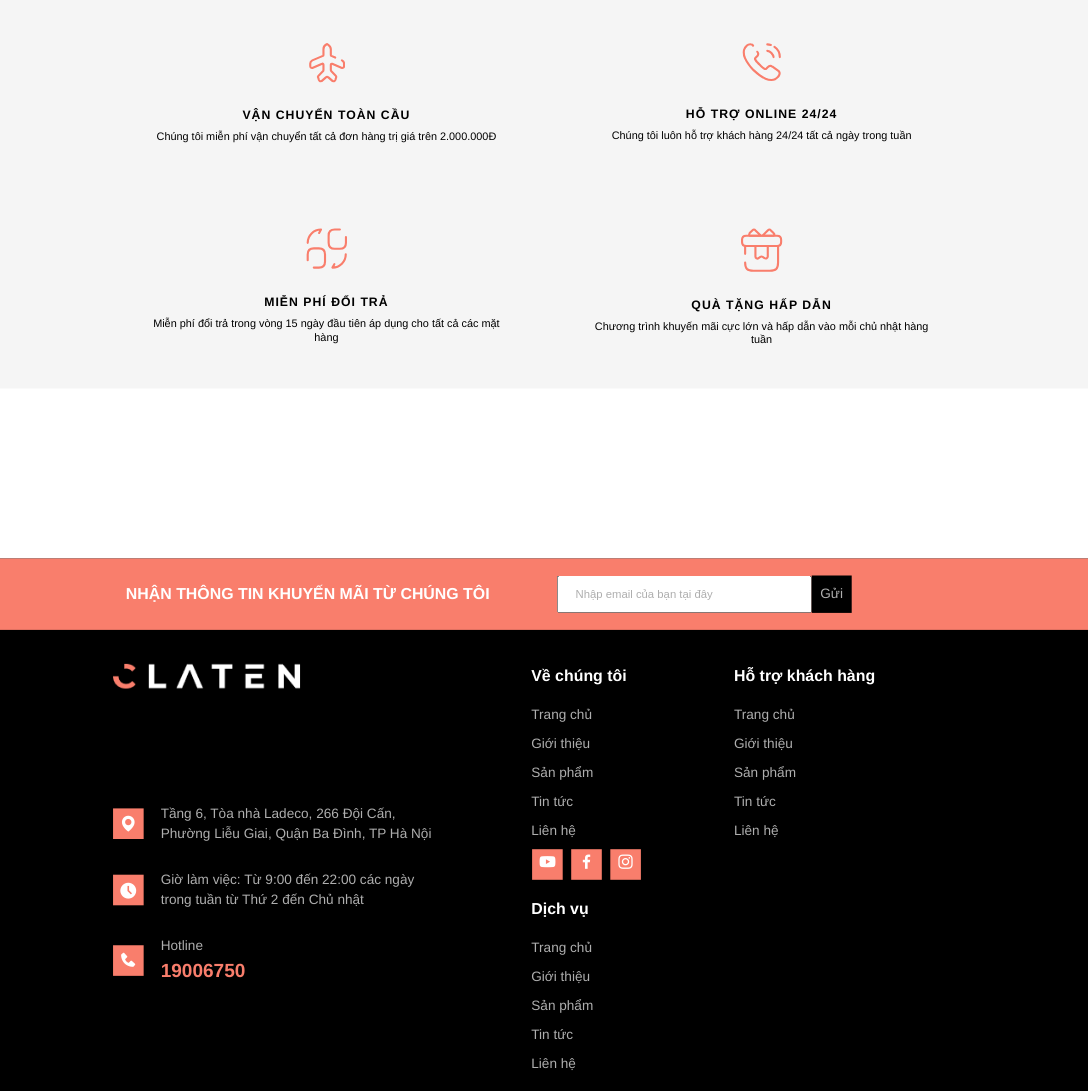
Repository: RennoPMXK/doan
Page: index.html
An editor plug-in stored every save of this project. The page is shown before and after the next save, followed by the edit.
The browser window is 1280 px wide. The pictures show the part of the page from y = 573 to 1856 px (the page is 1856 px tall before and 1736 px after), at 85% of full size.

Above is the page before, as saved 2021-11-16 20:11:56.

### index.html
<!DOCTYPE html>
<html lang="en">
<head>
    <meta charset="UTF-8">
    <meta http-equiv="X-UA-Compatible" content="IE=edge">
    <meta name="viewport" content="width=device-width, initial-scale=1.0">
    <title>Document</title>
    <link rel="stylesheet" href="./grid.css">
    <link rel="stylesheet" href="./style.css">
    <link rel="stylesheet" href="./responsible.css">
    <link href='https://unpkg.com/boxicons@2.0.9/css/boxicons.min.css' rel='stylesheet'>
</head>
<body>
    <div class="navbar">
        <div class="navbar-wrapper">
            <a class="logo">
                <img src="./img/logo.png" alt="">
            </a>

            <div class="navbar-menu mobile-menu">
                <i class='bx bx-x mobile-close-icon'></i>
                <li class="navbar-menu-item"><a class = 'active' href="#">Trang chủ</a></li>
                <li class="navbar-menu-item"><a href="#">Giới thiệu</a></li>
                <li class="navbar-menu-item"><a href="#">Sản phẩm <i class='bx bxs-down-arrow navbar-menu-icon'></i></a>
                    <ul class="navbar-sub-menu">
                        <li class="navbar-sub-menu-item"><a href="">Đồng hồ nam</a></li>
                        <li class="navbar-sub-menu-item"><a href="">Đồng hồ nữ</a></li>
                        <li class="navbar-sub-menu-item"><a href="">Đồng hồ mới về</a></li>
                        <li class="navbar-sub-menu-item"><a href="">Phụ kiện nam</a></li>
                        <li class="navbar-sub-menu-item"><a href="">Phụ kiện nữ</a></li>
                    </ul>
                </li>
                <li class="navbar-menu-item"><a href="#">Tin tức</a></li>
                <li class="navbar-menu-item"><a href="#">Liên hệ</a></li>
            </div>

            <div class="navbar-icon">
                 <li class="navbar-icon-item"><a href=""><i class='bx bx-search-alt'></i></a></li>
                 <li class="navbar-icon-item"><a href=""><i class='bx bx-user'></i></a></li>
                 <li class="navbar-icon-item"><a href="#"><i class='bx bx-shopping-bag bx-tada ' ></i></a></li>
                 <li class="navbar-icon-item"><a href="#"><i class='bx bx-menu-alt-right menu-icon'></i></a></li>

            </div>
        </div>
        <div class="modal"></div>
    </div>

    <section class="hero-section">

             <div class="bgimg slide-item fade" style="background-image: url(./img/1a\(32\).jpg)">
                 <div class="caption">
                     <h2 class="top-down delay-2">
                        ĐỒNG HỒ ROLEX

                     </h2>

                     <p class="top-down delay-4">
                       Lorem ipsum dolor sit amet consectetur adipisicing elit. Aut eligendi voluptates enim tempora cupiditate ex minus aperiam impedit maxime nam. Sunt neque amet veniam vitae adipisci impedit aliquam officia hic.
                     </p>

                     <button class="top-down delay-6">
                         MUA NGAY
                     </button>
                 </div>

             </div>


             <div class="bgimg slide-item fade" style="background-image: url(./img/dong-ho-thoi-trang-rolex-banner.jpg)">
                <div class="caption">
                    <h2>
                        ĐỒNG HỒ ROLEX
                    </h2>

                    <p>
                        Lorem ipsum dolor sit amet consectetur adipisicing elit. Aut eligendi voluptates enim tempora cupiditate ex minus aperiam impedit maxime nam. Sunt neque amet veniam vitae adipisci impedit aliquam officia hic.
                    </p>

                    <button>
                        MUA NGAY
                    </button>
                </div>

             </div>


             <div class="bgimg slide-item fade" style="background-image: url(./img/Banchay_Longines_banner-1024x427.jpg)">
                <div class="caption">
                    <h2>
                        ĐỒNG HỒ ROLEX
                    </h2>

                    <p>
                        Lorem ipsum dolor sit amet consectetur adipisicing elit. Aut eligendi voluptates enim tempora cupiditate ex minus aperiam impedit maxime nam. Sunt neque amet veniam vitae adipisci impedit aliquam officia hic.
                    </p>

                    <button>
                        MUA NGAY
                    </button>
                </div>

             </div>


             <div class="slide-control">
                <div class="slide-control-wrapper">
                    <span class="dot" onclick="chooseSlide(0)"></span>
                    <span class="dot"  onclick="chooseSlide(1)"></span>
                    <span class="dot" onclick="chooseSlide(2)" ></span>

                </div>
             </div>

    </section>

    <section class="hero-section-mini ">
        <div class="container row">
            <div class="hero-section-mini-item col-3 col-md-6 col-sm-6">
                <img src="./img/icon_service_1.svg" alt="">
                 <h3>VẬN CHUYỂN TOÀN CẦU</h3>
                 <p>Chúng tôi miễn phí vận chuyển tất cả đơn hàng trị giá trên 2.000.000Đ</p>
            </div>

            <div class="hero-section-mini-item col-3 col-md-6 col-sm-6">
               <img src="./img/icon_service_2.svg" alt="">
                <h3>HỖ TRỢ ONLINE 24/24</h3>
                <p>Chúng tôi luôn hỗ trợ khách hàng 24/24 tất cả ngày trong tuần</p>
           </div>

           <div class="hero-section-mini-item col-3 col-md-6 col-sm-6">
               <img src="./img/icon_service_3.svg" alt="">
                <h3>MIỄN PHÍ ĐỔI TRẢ</h3>
                <p>Miễn phí đổi trả trong vòng 15 ngày đầu tiên áp dụng cho tất cả các mặt hàng</p>
           </div>

           <div class="hero-section-mini-item col-3 col-md-6 col-sm-6">
               <img src="./img/icon_service_4.svg" alt="">
                <h3>QUÀ TẶNG HẤP DẪN</h3>
                <p>Chương trình khuyến mãi cực lớn và hấp dẫn vào mỗi chủ nhật hàng tuần</p>
           </div>

        </div>
    </section>

    <div class="footer">
        <div class="footer-contact">
            <div class="container">
                <div class= "footer-contact-content row">
                    <h3 class="col-6 col-md-6 col-sm-12">NHẬN THÔNG TIN KHUYẾN MÃI TỪ CHÚNG TÔI</h3>
                    <div class="form col-6 col-md-6 col-sm-12">
                        <input type="text" placeholder="Nhập email của bạn tại đây"><a href="">Gửi</a></input>

                    </div>

                </div>

            </div>

         </div>
        <div class="container">

            <div class="wrapper row ">
                <div class="footer-logo row col-5 col-md-6 col-sm-12">
                    <a class="footer-img">
                        <img src="./img/logo.png" alt="">
                    </a>

                    <ul class="footer-des">
                           <li class="footes-des-item">
                               <div class="footer-des-icon">
                                    <i class='bx bxs-map'></i>
                               </div>
                               <p>Tầng 6, Tòa nhà Ladeco, 266 Đội Cấn,<br> Phường Liễu Giai, Quận Ba Đình, TP Hà Nội</p>
                           </li>
                           <li class="footes-des-item">
                                <div class="footer-des-icon">
                                    <i class='bx bxs-time-five' ></i>
                                </div>
                               <p>Giờ làm việc: Từ 9:00 đến 22:00 các ngày <br>trong tuần từ Thứ 2 đến Chủ nhật</p>
                           </li>
                           <li class="footes-des-item">
                            <div class="footer-des-icon">
                                <i class='bx bxs-phone' ></i>
                             </div>
                               <p>Hotline<br>
                                   <span>19006750</span>
                               </p>
                           </li>
                    </ul>
                </div>

                <div class="footer-menu row col-7 col-md-6 col-sm-12">
                     <div class="footer-menu-item col-4 col-md-6 col-sm-12">
                         <h3>Về chúng tôi</h3>
                         <ul>
                            <li><a href="">Trang chủ</a></li>
                            <li><a href="">Giới thiệu</a></li>
                            <li><a href="">Sản phẩm</a></li>
                            <li><a href="">Tin tức</a></li>
                            <li><a href="">Liên hệ</a></li>
                         </ul>

                         <div class="footer-social">
                            <li><a href=""><i class='bx bxl-youtube' ></i></a></li>
                            <li><a href=""><i class='bx bxl-facebook' ></i></a></li>
                            <li><a href=""><i class='bx bxl-instagram' ></i></a></li>
                       </div>
                     </div>

                     <div class="footer-menu-item col-4 col-md-6 col-sm-12">
                        <h3>Hỗ trợ khách hàng</h3>
                        <ul>
                           <li><a href="">Trang chủ</a></li>
                           <li><a href="">Giới thiệu</a></li>
                           <li><a href="">Sản phẩm</a></li>
                           <li><a href="">Tin tức</a></li>
                           <li><a href="">Liên hệ</a></li>
                        </ul>
                    </div>

                    <div class="footer-menu-item col-4 col-md-6 col-sm-12">
                        <h3>Dịch vụ</h3>
                        <ul>
                           <li><a href="">Trang chủ</a></li>
                           <li><a href="">Giới thiệu</a></li>
                           <li><a href="">Sản phẩm</a></li>
                           <li><a href="">Tin tức</a></li>
                           <li><a href="">Liên hệ</a></li>
                        </ul>
                    </div>



                </div>


            </div>
        </div>
    </div>


    <script src="./app.js"></script>
</body>
</html>

### grid.css
.row {
    display: flex;
    flex-wrap: wrap;
    margin: 0 -15px;
}

[class*="col-"] {
    padding: 0 15px;
}

.col-1 {
    width: 8.33%;
}

.col-2 {
    width: 16.66%;
}

.col-3 {
    width: 25%;
}

.col-4 {
    width: 33.33%;
}

.col-5 {
    width: 41.66%;
}

.col-6 {
    width: 50%;
}

.col-7 {
    width: 58.33%;
}

.col-8 {
    width: 66.66%;
}

.col-9 {
    width: 75%;
}

.col-10 {
    width: 83.33%;
}

.col-11 {
    width: 91.66%;
}

.col-12 {
    width: 100%;
}

/* MEDIUM SCREEN */

@media only screen and (max-width: 1280px) {
    .col-md-1 {
        width: 8.33%;
    }

    .col-md-2 {
        width: 16.66%;
    }

    .col-md-3 {
        width: 25%;
    }

    .col-md-4 {
        width: 33.33%;
    }

    .col-md-5 {
        width: 41.66%;
    }

    .col-md-6 {
        width: 50%;
    }

    .col-md-7 {
        width: 58.33%;
    }

    .col-md-8 {
        width: 66.66%;
    }

    .col-md-9 {
        width: 75%;
    }

    .col-md-10 {
        width: 83.33%;
    }

    .col-md-11 {
        width: 91.66%;
    }

    .col-md-12 {
        width: 100%;
    }
}

/* SMALL SCREEN */

@media only screen and (max-width: 850px) {
    .col-sm-1 {
        width: 8.33%;
    }

    .col-sm-2 {
        width: 16.66%;
    }

    .col-sm-3 {
        width: 25%;
    }

    .col-sm-4 {
        width: 33.33%;
    }

    .col-sm-5 {
        width: 41.66%;
    }

    .col-sm-6 {
        width: 50%;
    }

    .col-sm-7 {
        width: 58.33%;
    }

    .col-sm-8 {
        width: 66.66%;
    }

    .col-sm-9 {
        width: 75%;
    }

    .col-sm-10 {
        width: 83.33%;
    }

    .col-sm-11 {
        width: 91.66%;
    }

    .col-sm-12 {
        width: 100%;
    }
}

### style.css
:root {
    --orangeprime : #F97E6C;
    --blackrgba : rgba(0, 0, 0, 0.945);
    --footer-color : #AEAEAE;
    --mini-hero-color : #f5f5f5;
}

html {
box-sizing: border-box;
}
*{
margin: 0;
padding: 0;
}
*,*:before,*:after {
box-sizing: border-box;
}
input,
textarea,
select,
button{
outline: none;
}
input{
line-height: normal;
}
label,
button{
cursor: pointer;
}
a {
text-decoration: none;

}
img {
display: block;

}

ul{
    list-style-type: none;
}

body {
    font-family: Montserrat,"Helvetica Neue",Helvetica;
}

span {
    color: var(--orangeprime);
    cursor: pointer;
    transition : all 0.3s linear;
    font-size: 1.4rem;
    font-weight: bold;
}

span:hover {
    color : white
}

li {
    list-style-type: none;
}

.container {
    margin : 0 auto;
    padding: 0 10%;
}
/* navbar */

.navbar {
    background-color: black;
    position: relative;

}

.navbar-wrapper {
   padding : 20px 0px;
   display: flex;
   align-items: center;
   justify-content: space-evenly;
}

.navbar-menu {
    display: flex;
    list-style-type: none;
}

.navbar-menu-icon {
    font-size: 0.5rem;
    transform: translateY(-2.5px);
    transition : 0.2s linear;
}

.navbar-menu-icon{
    transition: 0.2s ease-in-out;
}

.navbar-menu-icon.active {
    transform: rotate(-180deg);
}

.navbar-menu-item {
    position: relative;
}

.navbar-menu-item a.active {
    color: var(--orangeprime);
}

.navbar-menu-item ~ .navbar-menu-item {
    margin-left: 30px;
}

.navbar-menu-item a {
    color: white;
    font-size: 1rem;
    transition: 0.2s ease-in-out;
    letter-spacing: 1px;
}


.navbar-menu-item a:hover {
    color : var(--orangeprime);
}

.navbar-menu-item:nth-child(3) {
    position: relative;
}



.navbar-sub-menu{
    width: 150px;
    position: absolute;
    list-style-type: none;
    padding : 20px;
    background-color: var(--blackrgba);
    top: 30px;
    z-index: 100;
    display : none;
    transition: all 0.2s ease-in-out;
}


.navbar-menu-item:active .navbar-sub-menu {
    display : block;
    top: 30px;
}




.navbar-sub-menu-item {
   margin : 10px 0;
}

.navbar-sub-menu.active {
    display : block;
}

.navbar-sub-menu-item a {
    font-size: 0.8rem;
    letter-spacing: 1.2px;
}

.navbar-icon {
    display: flex;
    list-style-type: none;
}

.navbar-icon-item ~ .navbar-icon-item {
    margin-left: 25px;
}

.navbar-icon-item a {
    color : white;
    font-size: 1.5rem;
    transition: 0.2s ease-in-out;
}

.navbar-icon-item a:hover {
    color : var(--orangeprime);
}

.navbar-icon-item:last-child {
    display: none;
}

.mobile-close-icon {
    display: none;
}

/* section-hero */

.hero-section {
    position: relative;
    height: 70vh;
}


.bgimg {
    height: 100%;
    position: relative;
    background-position: center;
    background-repeat: no-repeat;
    background-size: cover;
    display: flex;
}

.bgimg::after {
    content : '\A';
    position : absolute;
    width: 100%;
    height : 100%;
    top: 0;
    left : 0;
    background-color: rgba(0, 0, 0, 0.8);
}

.caption {
    position: absolute;
    top: 48%;
    left: 25%;
    transform: translate(-50% , -50%) ;
    text-align: left;
    z-index: 10;
    width: 34.7%;
}

.caption h2 {
    line-height: 1.5;
    color: white;
    margin-bottom: 20px;
    text-transform: uppercase;
    font-size: 2.1rem;
    letter-spacing: 1.2px;
}

.caption p {
    text-align: left;
    color : white;
    font-size: 1.2rem;
    letter-spacing: 1.2px;
    line-height: 1.5;
}

.caption button {
    background-color: white;
    border: 1px solid  transparent;
    color : red;
    padding : 10px 40px;
    font-size: 16px;
    font-weight: bold;
    text-transform: uppercase;
    margin-top: 30px;
    transition : background-color 0.5s ease , color 0.5s ease , width 0.6s;
}

.caption button:hover {
    color : white;
    cursor: pointer;
    background-color:  red;
}

.caption button:focus {
    outline : none;
}

.dot {
    cursor: pointer;
    height: 10px;
    width: 10px;
    margin: 0 2px;
    background-color: white;
    border-radius: 5px;
    display: inline-block;
}

.dot:hover {
    background-color: red;
}

.dot.active {
    background-color: red;
    width: 30px;
}

.slide-control {
    position: absolute;
    left: 50%;
    transform : translateX(-50%);
    bottom: 20px;
    width: 10px;
    text-align: center;
}

.slide-control-wrapper{
    display: inline-flex;
}

.slide-item {
    display: none;
}


.top-down {
    transform: translateY(-50px);
    visibility: hidden;
    opacity: 0;
    transition: 0.5s ease-in-out ;
}

.delay-2 {
    transition-delay: 0.2s;
}

.delay-4 {
    transition-delay: 0.4s;
}


.delay-6 {
    transition-delay: 0.6s;
}


.delay-8 {
    transition-delay: 0.8s;
}

.slide-item.active .top-down{
    transform: translateY(0);
    visibility: visible;
    opacity: 1;
}

/* mini hero section */

.hero-section-mini{
   background-color: var(--mini-hero-color);
}

.hero-section-mini-item {
    display: flex;
    padding: 50px;
    gap: 10px;
    flex-direction:column;
    align-items: center;
    text-align: center;
}

.hero-section-mini-item img {
    margin-bottom: 20px;
    transition: 0.3s linear;
}

.hero-section-mini-item:hover img {
    transform: translateY(-10px);
}

.hero-section-mini-item h3 {
   font-size: 0.9rem;
   letter-spacing: 1.2px;
}

.hero-section-mini-item p {
   font-size: 0.8rem;
   line-height: 1.2;
}
/* footer */
.footer {
    color: var(--footer-color);
    margin-top: 200px;
    background-color: black;
    line-height: 1.5;
}

.footer-contact {
    background-color: var(--orangeprime);


}

.footer-contact h3 {
  color :white;
}

.footer-contact-content {
    padding : 20px;
    display: flex;
    justify-content: space-around;
    align-items: center;
    flex-wrap: wrap;
}

.form input {
    padding: 10px 20px;
    width: 300px;
}

.form a {
    padding: 10px;
    background-color: black;
    color : white;
}

.form {
    display: flex;
    flex-wrap: nowrap;
}

::placeholder {
    color: var(--footer-color);
}

.footer a {
    color: var(--footer-color);
    transition : 0.3s linear;
}

.footer a:hover {
    color: var(--orangeprime);
}

.footer-menu h3 {
    margin-top: 20px;
    color : white;
    margin-bottom: 20px;
}

.wrapper {
    padding: 20px;
    position: relative;
}


.footes-des-item {
    margin-top: 30px;
    display : flex;
    align-items: center;
}

.footer-des-icon {
    display : flex;
    align-items: center;
    justify-content:center;
    width: 36px;
    height : 36px;
    background-color: var(--orangeprime);
    margin-right: 20px;
}

.footer-des-icon i {
    font-size: 1.4rem;
    color : white;

}


.footer-menu-item li {
    margin-top: 10px;
}

.footer-social {
    display : flex;
    transform: translateX(-9px);
}

.footer-img{
    margin-top: 20px;
}

.footer-social li  {
    display : flex;
    align-items: center;
    justify-content:center;
    text-align: center;
    margin-left: 10px;
    width: 36px;
    height : 36px;
    background-color: var(--orangeprime);
}

.footer-social li a {
   color : white;
   font-size: 1.4rem;
}

.footer-social li:hover a {
    color : white;
 }

 /* fade animation */

 .fade {
     animation-name: fade;
     animation-duration: 1s;
     -webkit-animation-name: fade;
     -webkit-animation-duration: 1s;
 }

 @keyframes fade {
     from { opacity: 0.4
    } to {
        opacity: 1
    }
 }

 @-webkit-keyframes fade {
    from { opacity: 0.4
   } to {
       opacity: 1
   }
}

### responsible.css


/* Tablet */

@media only screen and (max-width: 1024px){
   .navbar-menu {
       display: none;

   }

   .navbar-wrapper {
        justify-content: space-around;
   }


   .navbar-icon-item:last-child {
        display: block;
   }


   .navbar-menu {
    padding : 20px;
    width: 40vw;
    background-color: black;
    display: block;
    position: fixed;
    top: 60px;
    left: 0;
    height: 100vh;
    min-width: 300px;
}

    .navbar-menu-item {
        margin-left: 30px;
        padding: 20px;
    }

    .navbar-sub-menu{
        position: initial;
    }


    .mobile-menu {
        transform : translateX(-100%);
        transition: 0.4s ease-in-out;
        z-index: 100;
    }

    .mobile-menu.active {
        transform : translateX(0);
    }

    .modal {
        display: none;
        position: fixed;
        top: 0;
        bottom: 0;
        right: 0;
        left: 0;
        background-color: rgba(14, 13, 13, 0.6);
    }

    .modal.active {
        display : block
    }

    .mobile-close-icon {
        cursor: pointer;
        font-size: 1.5rem;
        display: block;
        color: white;
        position: absolute;
        top: 5px;
        right:10px;
    }


}


/* Mobile */

@media only screen and (max-width: 740px) {
  .logo img{
      height: 15px;
      transform: translateY(-9px);
  }

  .navbar-icon-item a {
    color : white;
    font-size: 1.2rem;
    transition: 0.2s ease-in-out;
  }

  .navbar-icon-item a:hover {
    color : white;
  }

  .caption {
      width: 40%;
      text-align: left;
  }

  .caption h2 {
      font-size: 1.8rem;
  }

  .caption p {
      font-size: 0.9rem;
  }

  .caption button {
      font-size: 0.8rem;
      width: 100%;

  }

}

### app.js
// Menu effect

var navbarItem= document.querySelectorAll('.navbar-menu-item a')
var subMenu= document.querySelector('.navbar-sub-menu')
var iconmenu = document.querySelector('.navbar-menu-item i')
var menuMobie = document.querySelector('.menu-icon')
var overlayMenu = document.querySelector('.mobile-menu')
var modal = document.querySelector('.modal')
var closeMobile = document.querySelector('.mobile-close-icon')
console.log(navbarItem[2])
navbarItem[2].addEventListener('click', function(){
  subMenu.classList.toggle('active');
  iconmenu.classList.toggle('active');
})

menuMobie.addEventListener("click" , function(){
   overlayMenu.classList.add('active');
   modal.classList.add('active');
})

closeMobile.addEventListener('click', function(){
    overlayMenu.classList.remove('active');
    modal.classList.remove('active');
})

navbarItem.forEach(function(item , index){
  item.onclick = function(){
    document.querySelector('.navbar-menu-item a.active').classList.remove('active');
    this.classList.add('active')
  }
})

const $ = document.querySelector.bind(document)
const $$ = document.querySelectorAll.bind(document)

var tabs = $$('.tab-item');


var panes = $$('.tab-pane');


// tab-active
tabs.forEach(function(tab, index){
    tab.onclick = function(){
        document.querySelector('.tab-item.active').classList.remove('active')
        this.classList.add('active')
        document.querySelector('.tab-pane.active').classList.remove('active')
        panes[index].classList.add('active')
    }
})

// hero-slide
var slideIndex = 0;
showSlide();

var timer = setInterval(showSlide, 3000);
var slideContainer = document.querySelector('.hero-section')
var slideControl = document.querySelector('.slide-control')

slideContainer.onmouseover = function(){
  clearInterval(timer);
}

slideControl.onmouseover = function(){
  clearInterval(timer);
}

slideContainer.onmouseleave = function(){
  timer = setInterval(showSlide,3000);
}

slideControl.onmouseleave = function(){
  timer = setInterval(showSlide, 3000);
}

function showSlide(){

   var slides = document.querySelectorAll('.slide-item');
   var dots = document.querySelectorAll(".dot");

   slides.forEach(function(slide , index){
      slides[index].style.display = 'none'
      slides[index].classList.remove('active')
   })

   dots.forEach(function(dot,index){
     dots[index].classList.remove("active");
   })

   slideIndex++;
   if(slideIndex > slides.length) slideIndex = 1;
   slides[slideIndex-1].style.display = "block";
   slides[slideIndex-1].classList.add('active')
   dots[slideIndex-1].classList.add("active");
}

function chooseSlide(n){
  slideIndex = n;
  showSlide();
  clearInterval(timer);
}

After the next save:
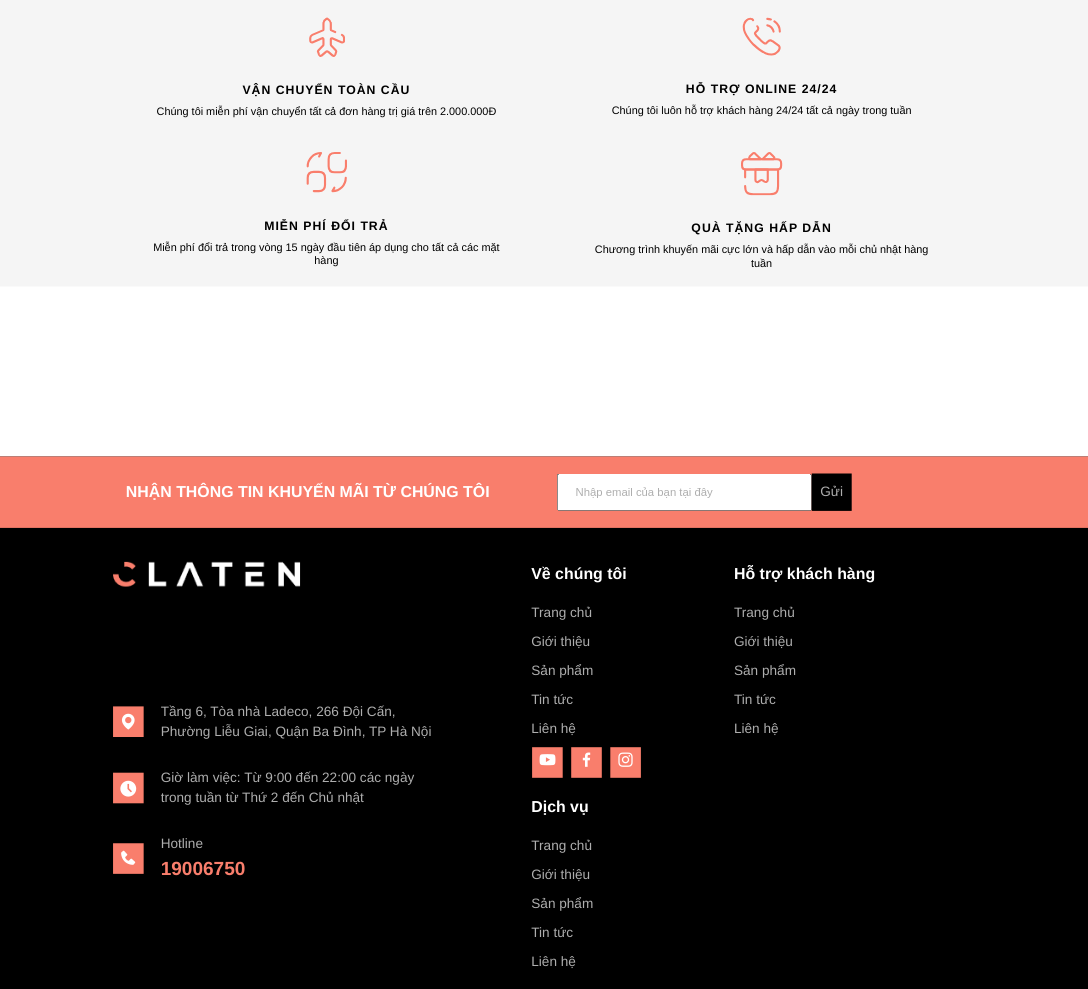
Saved 18 s later.
--- a/style.css
+++ b/style.css
@@ -342,7 +342,7 @@ li {
 
 .hero-section-mini-item {
     display: flex;
-    padding: 50px;
+    padding : 20px 50px;
     gap: 10px;
     flex-direction:column;
     align-items: center;
